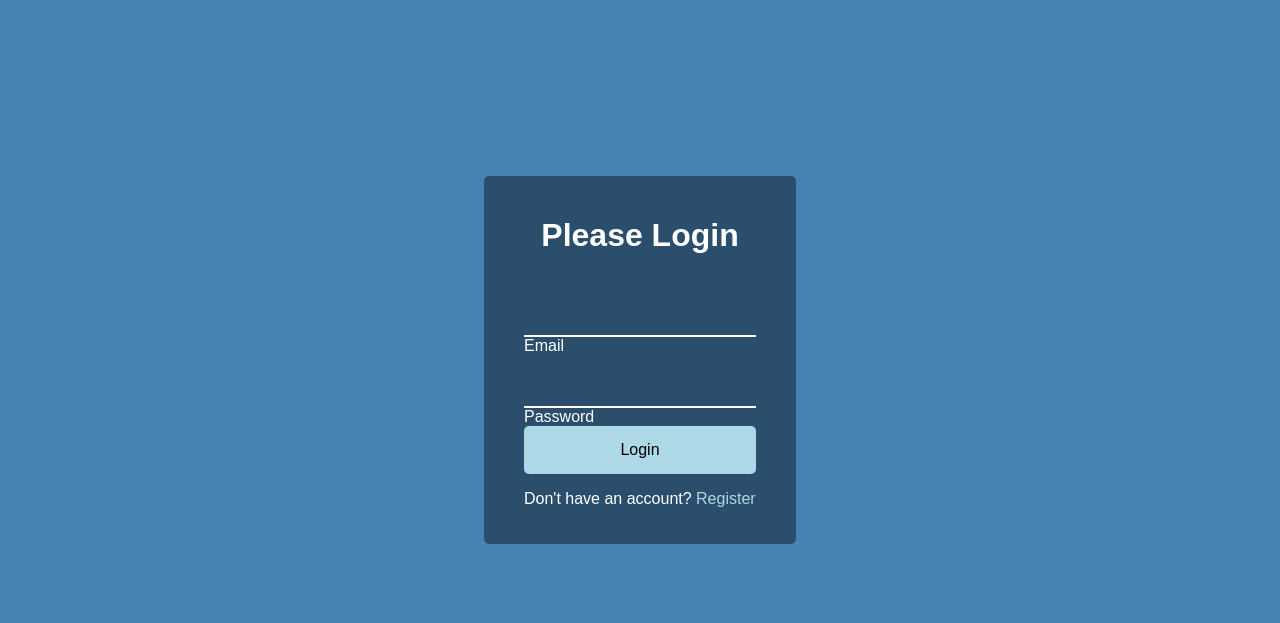
Repository: thecoachanna/form-animation
Page: index.html
An editor plug-in stored every save of this project. The page is shown before and after the next save, followed by the edit.
The browser window is 1280 px wide. The pictures show the whole page.
Some web fonts or font styles are not loaded; a fallback is used.

Above is the page before, as saved 2023-02-26 10:00:44.

After the next save:
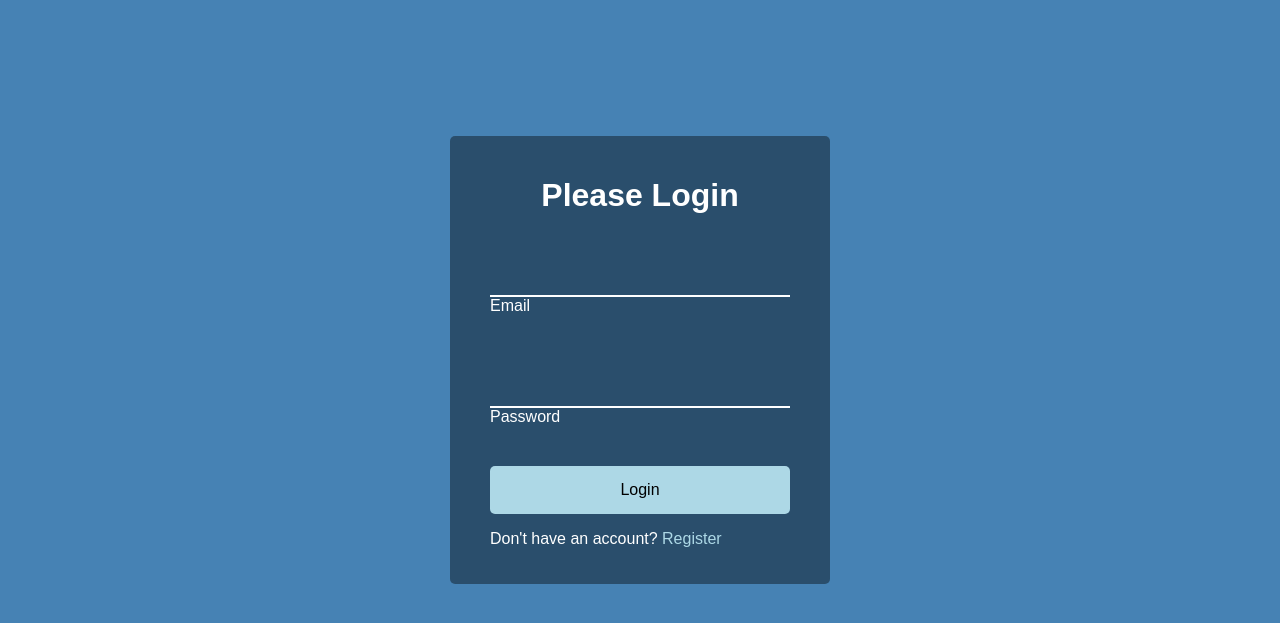
Saved 7 s later.
--- a/style.css
+++ b/style.css
@@ -50,7 +50,9 @@ body {
     outline: 0;
 }
 
-.btn:active
+.btn:active {
+    trn
+}
 
 .form-control {
     position: relative;
